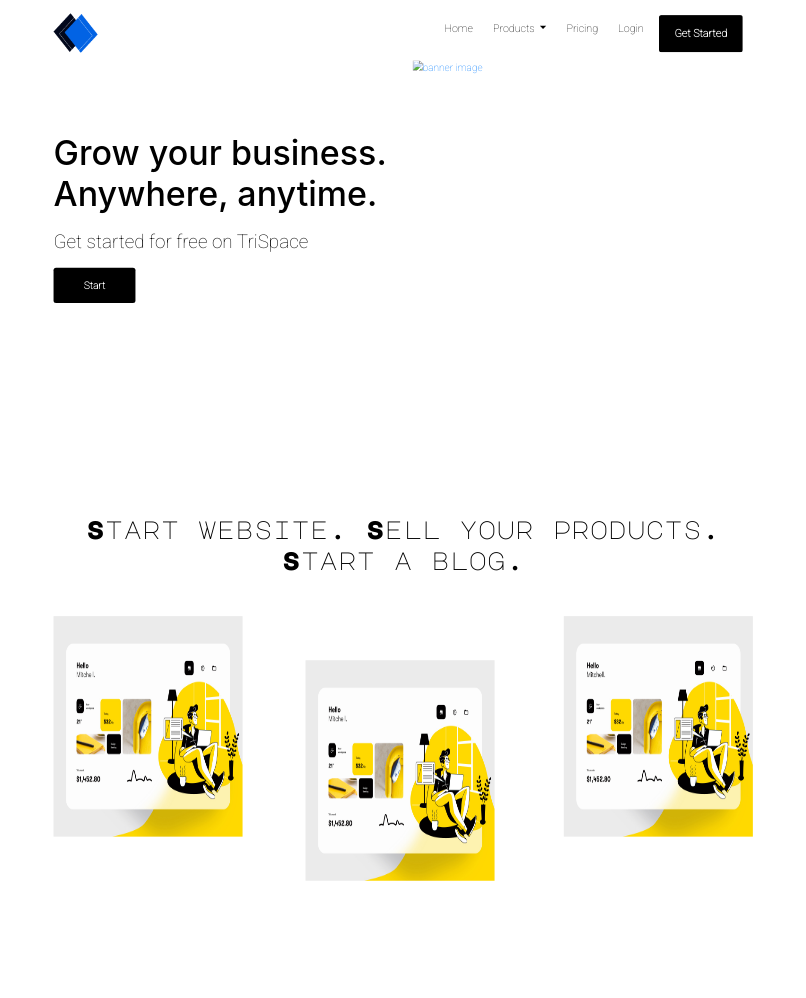
Repository: latenightsnacc/TriSpace
Page: home.html
An editor plug-in stored every save of this project. The page is shown before and after the next save, followed by the edit.
The browser window is 1280 px wide. The pictures show the whole page, at 63% of full size.
The style sheet was rebuilt from its Sass, Less or Tailwind sources for each picture, by a compiler version that may differ from the author's.

Above is the page before, as saved 2020-11-20 10:01:21.

### home.html
<!DOCTYPE html>
<html lang="en">
<head>
    <meta charset="UTF-8">
    <meta name="viewport" content="width=device-width, initial-scale=1.0">
    <!--Tailwind CDN-->
    <link rel="stylesheet" href="https://cdnjs.cloudflare.com/ajax/libs/tailwindcss/1.9.6/base.min.css" integrity="sha512-hEjkvMSM0ql6VJcNK0gTmjt9ar8F2yHeBUbJKtyvQhkkbGMhiJ4+MaiB8XxsthLAHJx5vy2I9dN0un8HiWG2LA==" crossorigin="anonymous" />
    <link rel="stylesheet" href="https://cdnjs.cloudflare.com/ajax/libs/tailwindcss/1.9.6/components.min.css" integrity="sha512-TizAONqhvXjEfRPhptSUkZNVU497PzAnXNGNUoeOjeni4dHpJ+ak+ZsyoGna20LH/yg1PvdufN1VbnVQeVDftg==" crossorigin="anonymous" />
    <link rel="stylesheet" href="https://cdnjs.cloudflare.com/ajax/libs/tailwindcss/1.9.6/tailwind.css" integrity="sha512-HY1FOTeAX9idUBWDhVDrBg8QUHBisKVQ4BCVj1jFo5z76mk87w4Rr5YGP8nBkcGmoMzqYvdeXHMOg/olF45z3g==" crossorigin="anonymous" />
    <link rel="stylesheet" href="https://cdnjs.cloudflare.com/ajax/libs/tailwindcss/1.9.6/utilities.min.css" integrity="sha512-0QJfuLKyYJWGB5hKArJW67xqMLDlR8YaLM/ZuW2mRn4NRwHNsGm7UuREc5Fu7jONHyewPKnGODY0N8G+FQbfxg==" crossorigin="anonymous" />
    <!--Bootstrap CDN-->
    <link rel="stylesheet" href="https://cdn.jsdelivr.net/npm/bootstrap@4.5.3/dist/css/bootstrap.min.css" integrity="sha384-TX8t27EcRE3e/ihU7zmQxVncDAy5uIKz4rEkgIXeMed4M0jlfIDPvg6uqKI2xXr2" crossorigin="anonymous">
    <!--Custom Stylesheet-->
    <link rel="stylesheet" href="styles/stylesheet.css">
    <!--Favicon-->
    <link rel="shortcut icon" href="assets/Logo/TriSpaceIcon.png" type="image/x-icon">
    <title>Home</title>
</head>
<body>
    <!--Wrapper-->
    <div class="wrapper mx-auto">
        <!--Navbar-->
        <nav class="navbar navbar-expand-lg navbar-light fixed-top p-3 mb-5 bg-white rounded" id="navbar">
            <div class="container align-middle">
                <a class="navbar-brand" href="index.html">
                    <img src="assets/Logo/TriSpaceMobileLogo1.png" alt="TriSpace Logo" height="40px" width="70px"/>
                </a>
                <button class="navbar-toggler" type="button" data-toggle="collapse" data-target="#navbarNavDropdown" aria-controls="navbarNavDropdown" aria-expanded="false" aria-label="Toggle navigation">
                <span class="navbar-toggler-icon"></span>
                </button>
                <div class="collapse navbar-collapse" id="navbarNavDropdown">
                <ul class="navbar-nav nav-menu ml-auto align-middle">
                    <li class="nav-item active mr-3">
                    <a class="nav-link" href="index.html">Home</a>
                    </li>
                    <li class="nav-item dropdown mr-3">
                        <a class="nav-link dropdown-toggle" href="products.html" id="navbarDropdownMenuLink" role="button" data-toggle="dropdown" aria-haspopup="true" aria-expanded="false">
                        Products
                        </a>
                        <div class="dropdown-menu" aria-labelledby="navbarDropdownMenuLink">
                        <a class="dropdown-item" href="#">Blog</a>
                        <a class="dropdown-item" href="#">Website</a>
                        <a class="dropdown-item" href="#">E-commerce</a>
                        <a class="dropdown-item" href="#">Domain</a>
                        <a class="dropdown-item" href="#">Hosting</a>
                        </div>
                    </li>
                    <li class="nav-item mr-3">
                    <a class="nav-link" href="pricing.html">Pricing</a>
                    </li>
                    <li class="nav-item mr-3">
                        <a class="nav-link" href="#">Login</a>
                    </li>
                    <li class="nav-item mr-3">
                        <a class="nav-link btn blue text-white px-4 py-3 hover:shadow-2xl" href="#">Get Started</a>
                    </li>
                </ul>
                </div>
            </div>
        </nav>
        <!-- End of Navbar-->

        <!--Banner-->
        <div class="min-h-screen  mt-5" id="banner">
            <div class="container">
                <div class="row pt-5">
                    <!--Banner Text-->
                    <div class="col-xs-12 col-s-12 col-md-6 col-lg-6 col-xl-6">
                        <div class="text-box banner-txt">
                            <h1 class="">Grow your business.<br/> Anywhere, anytime.</h1>
                            <h5 class="span-title py-3 text-2l">Get started for free on TriSpace</h5>
                            <button class="bg-black hover:bg-blue-500 text-white font-bold py-3 px-5 rounded">Start</button>
                        </div>
                    </div>
                    <!--Banner Image-->
                    <div class="col-xs-12 col-s-12 col-md-6 col-lg-6 col-xl-6">
                        <a href="#">
                            <img class="banner-img" src="" alt="banner image"/>
                        </a>
                    </div>
                </div>
            </div>
        </div>
        <!--End of Banner-->

        <!--Services-->
        <div class="min-h-screen mt-5 mb-5" id="services">
            <div class="container">
                <div class="absolute-box">
                    <div class="title-box text-center mb-5">
                        <h2 class="section-title pb-5">Start <span class="section-title">website. </span><span class="color">Sell your products.</span><br/><span class="color">Start a blog.</span> </h2>
                    </div>
                    <div class="images">
                        <div class="img-1 ">
                            <a href="#">
                                <img src="assets/Template-1.jpg" alt="Build a website" />
                            </a>
                        </div>
                        <div class="img-2 motion-reduce:animate-bounce">
                            <a href="#">
                                <img src="assets/Template-1.jpg" alt="Build a website" />
                            </a>
                        </div>
                        <div class="img-3">
                            <a href="#">
                                <img src="assets/Template-1.jpg" alt="Build a website" />
                            </a>
                        </div>
                    </div>
                </div>
            </div>
        </div>
        <!--End of Services-->
    </div>
    <!--Bootstrap Scripts-->
    <script src="https://code.jquery.com/jquery-3.5.1.slim.min.js" integrity="sha384-DfXdz2htPH0lsSSs5nCTpuj/zy4C+OGpamoFVy38MVBnE+IbbVYUew+OrCXaRkfj" crossorigin="anonymous"></script>
    <script src="https://cdn.jsdelivr.net/npm/popper.js@1.16.1/dist/umd/popper.min.js" integrity="sha384-9/reFTGAW83EW2RDu2S0VKaIzap3H66lZH81PoYlFhbGU+6BZp6G7niu735Sk7lN" crossorigin="anonymous"></script>
    <script src="https://cdn.jsdelivr.net/npm/bootstrap@4.5.3/dist/js/bootstrap.min.js" integrity="sha384-w1Q4orYjBQndcko6MimVbzY0tgp4pWB4lZ7lr30WKz0vr/aWKhXdBNmNb5D92v7s" crossorigin="anonymous"></script>
    <script src="js/main.js"></script>
</body>

### js/main.js
var position = $(window).scrollTop();
// $(".logo-mobile").hide();
// $('.logo-web').attr('src', "assets/Logo/ceelesslogoblack2.png").width('170px');
// should start at 0

$(window).scroll(function() {
    var scroll = $(window).scrollTop();

    // if( scroll > position ){
    //     $('.navbar').addClass('bg-light');
    //     $(".logo-web").fadeOut('slow');
    //     $(".logo-mobile").fadeIn('slow');
    // } else {
    //     $('.navbar').removeClass('bg-light');
    //     $(".logo-web").show();
    //     $(".logo-mobile").hide();
    // }

    if( scroll > position ){
        $('.navbar').removeClass('bg-transparent');
        $('.navbar').addClass('shadow-lg bg-white');
        // $('.logo-web').attr('src', "assets/Logo/ceeiconblack.png").height('25px').width('auto').addClass('fade-in');
    } else {
        $('.navbar').removeClass('shadow-lg bg-white');
        $('.navbar').addClass('bg-transparent');


    }
    // position = scroll;
});

### styles/stylesheet.scss
@import'variables';

*{
    box-sizing: border-box;
    margin: 0;
    padding: 0;
    text-decoration: none;
    list-style: none;
    font-family: $font3;
    button {
        outline: none;
    }
    a {
        text-decoration: none;
        &:hover {
            text-decoration: none;
        }
    }

    button {
        font-family: $font3;
    }
}

.navbar-light .navbar-nav .active>.nav-link, .navbar-light .navbar-nav .nav-link.active, .navbar-light .navbar-nav .nav-link.show, .navbar-light .navbar-nav .show>.nav-link, .nav-link, .dropdown-item {
    color: $blue !important;
    font-weight: 500;
    font-size: 17px;

    &:hover {
        text-transform: uppercase;


    }
}
a.btn {
    color: white !important;
    padding: 10px 40px;
    font-weight: bold;
    &:hover {
        text-transform: capitalize;
    }

}
// section#banner {
//     background: url('/HTML/assets/WaLine.png') ;
//     background-size: contain;
//     background-repeat: no-repeat;
//     background-position: center;
// }
.banner-txt {
    h1 {
        font-size: 54px;
        color: $blue;
        font-family: $font;
    }

}
img.banner-img {
    width: 400px;
    height: 500px;
}
.text-box {
    display: flex;
    flex-direction: column;
    height: 100%;
    justify-content: center;
    align-items: flex-start;
}
.section-title, span.color {
    font-size: 40px;
    font-family: $font2;
    color: $blue;

}
.span-title {
    font-family: $font3;
    font-size: 30px;
    color: $blue;
}
.absolute-box {
    position: relative;
    .images {
        position: absolute;
        width: 100%;
        height: 100%;

        img {
            width: 300px;
            height: 350px;
        }

        .img-1 {
            position: absolute;
            top: -30px;
            left: 0px;

        }
        .img-2 {
            position: absolute;
            top: 40px;
            left: 400px;

        }
        .img-3 {
            position: absolute;
            top: -30px;
            right: 0px;

        }
    }
}
#clr1 {
    background-color: $blue;
    width: 100%;
    height: 600px;
    border: 1px solid $blue;
    box-shadow: 0 .5rem 1rem rgba(0,0,0,.15)!important;
}
#clr2 {
    background-color: $yellow;
    width: 100%;
    height: 300px;
    border: 1px solid $yellow;
    margin-bottom: 30px;
    box-shadow: 0 .5rem 1rem rgba(0,0,0,.15)!important;
}
#clr3 {
    background-color: $red;
    width: 100%;
    height: 270px;
    border: 1px solid $red;
    box-shadow: 0 .5rem 1rem rgba(0,0,0,.15)!important;
}
.clear-box {
    width: 300px;
    height: 250px;
    border: 1px solid $blue;
    box-shadow: 0 .5rem 1rem rgba(0,0,0,.15)!important;
}

.price-card {
    border: 1px solid $blue;
    &:hover {
        border: 2px solid $blue;
        transition: all border 1000ms ease-in ;
    }
}

.wavy {
    position: relative;
    background: $blue;
    width: 100%;
    overflow: hidden;

}

#topcurve {
    position: absolute;
    bottom: 0;
    width: 100%;
}

#topcurve path {
    fill: $yellow;
}
.blue {
    background-color: $blue;
    color: $primary;
}
section.wave {
    width: 100%;
    min-height: 200px;
}
.wave {
    position: relative;
    // background: $blue;
    &::before {
        content: '';
        position: absolute;
        bottom: 0;
        left: 0;
        width: 100%;
        height: 100px;

    }

}

### styles/_variables.scss
@import url('https://fonts.googleapis.com/css2?family=Chewy&display=swap');
@import url('https://fonts.googleapis.com/css2?family=Major+Mono+Display&display=swap');
@import url('https://fonts.googleapis.com/css2?family=Roboto:wght@100&display=swap');
$font: -apple-system, BlinkMacSystemFont, 'Segoe UI', Roboto, Oxygen, Ubuntu, Cantarell, 'Open Sans', 'Helvetica Neue', sans-serif;
$FONT1: 'Chewy', cursive;
$font2: 'Major Mono Display', monospace;
$font3: 'Roboto', sans-serif;
$primary: #fff;
$darkB: #02081d;
$lightB: #cce1ea;
//$blue: #0263e4;
$blue: black;
$red: #ca1b11;
$yellow : yellow;
$dB: #081a5a;

After the next save:
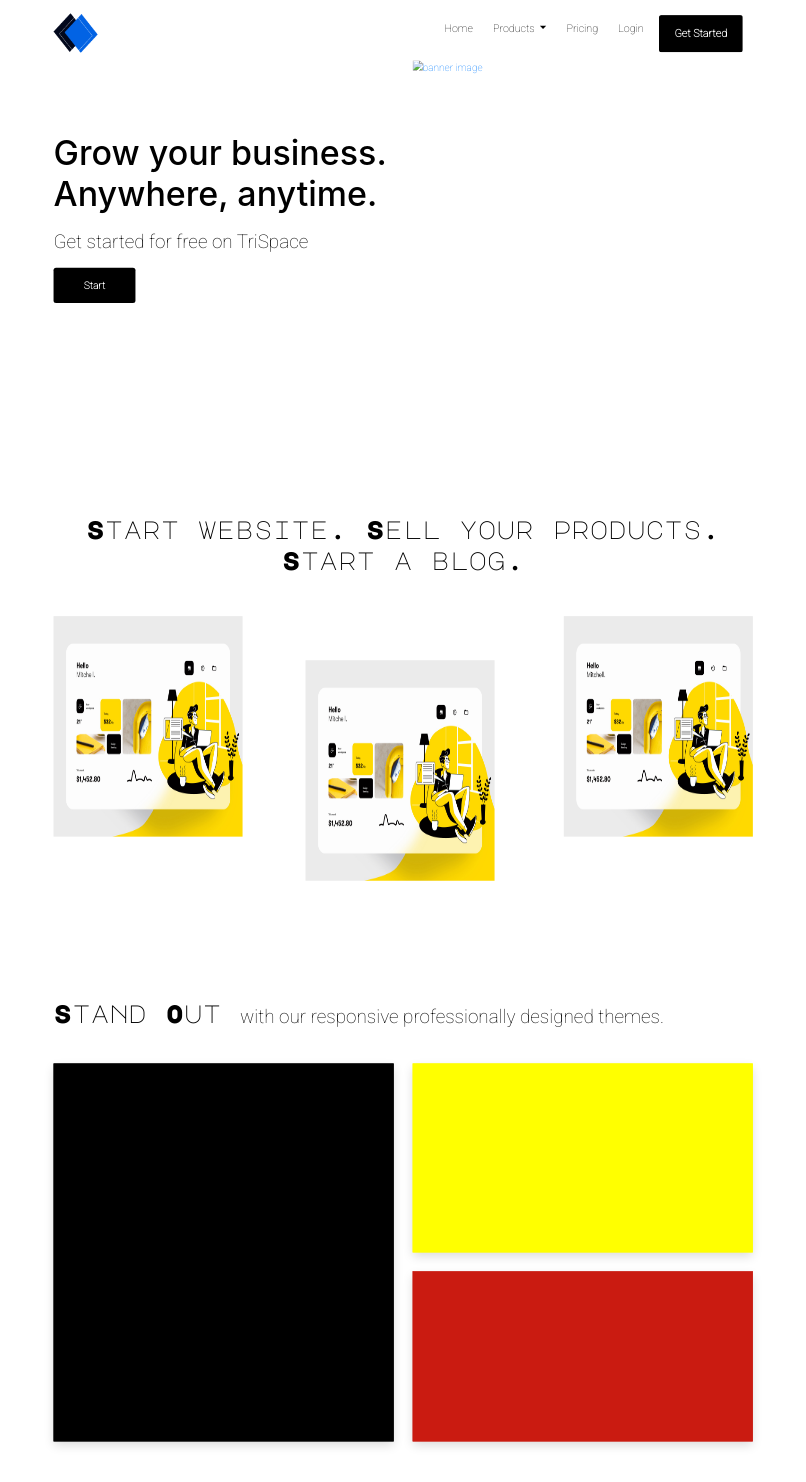
Saved 2 min 0 s later.
--- a/home.html
+++ b/home.html
@@ -111,6 +111,36 @@
             </div>
         </div>
         <!--End of Services-->
+
+         <!--Themes-->
+        <div class="min-h-screen mt-5 mb-5" id="themes">
+            <div class="container">
+                <div class="title-box">
+                    <h2 class="section-title">Stand Out <span class="text-4xl span-title">with our responsive professionally designed themes.</h2>
+                </div>
+                <div class="row">
+                    <div class="col-xs-12 col-s-12 col-md-6 col-lg-6 col-xl-6">
+                        <div id="clr1" class="text-center mt-5">
+                        </div>
+                    </div>
+                    <div class="col-xs-12 col-s-12 col-md-6 col-lg-6 col-xl-6">
+                        <div class="row flex-wrap">
+                            <div class="col-xs-12 col-s-12 col-md-12 col-lg-12 col-xl-12">
+                                <div id="clr2" class="mt-5">
+
+                                </div>
+                            </div>
+                            <div class="col-xs-12 col-s-12 col-md-12 col-lg-12 col-xl-12">
+                                <div id="clr3">
+
+                                </div>
+                            </div>
+                        </div>
+                    </div>
+                </div>
+            </div>
+        </div>
+        <!--End of Themes-->
     </div>
     <!--Bootstrap Scripts-->
     <script src="https://code.jquery.com/jquery-3.5.1.slim.min.js" integrity="sha384-DfXdz2htPH0lsSSs5nCTpuj/zy4C+OGpamoFVy38MVBnE+IbbVYUew+OrCXaRkfj" crossorigin="anonymous"></script>
